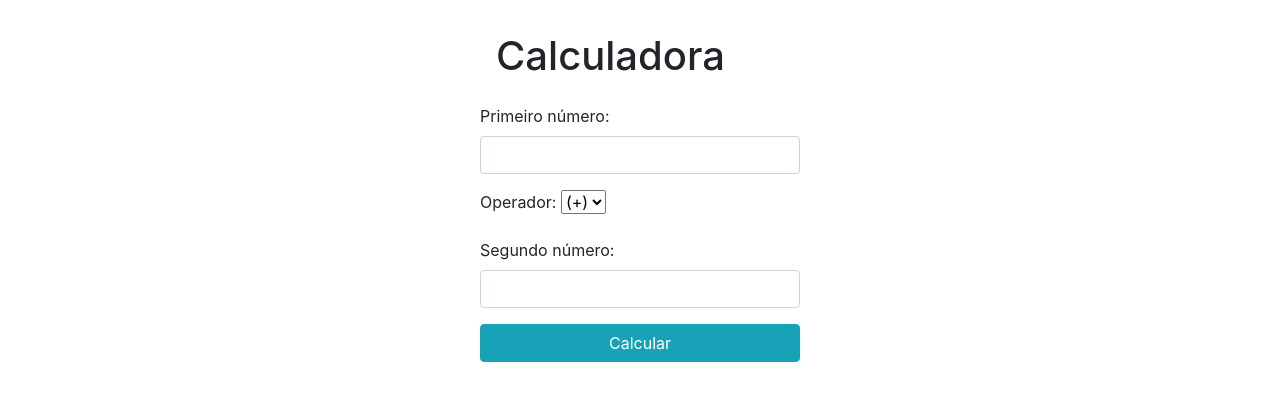
Repository: babirms/DAC
Page: Calculadora/WebContent/home.html
These files come from the project's save history. The page is drawn as it stood at one moment and after the next save; the edit follows.
The browser window is 1280 px wide. The pictures show the whole page.

Above is the page before, as saved 2020-09-20 23:20:13.
Console error (its wording comes from the project's code and is left out).

After the next save:
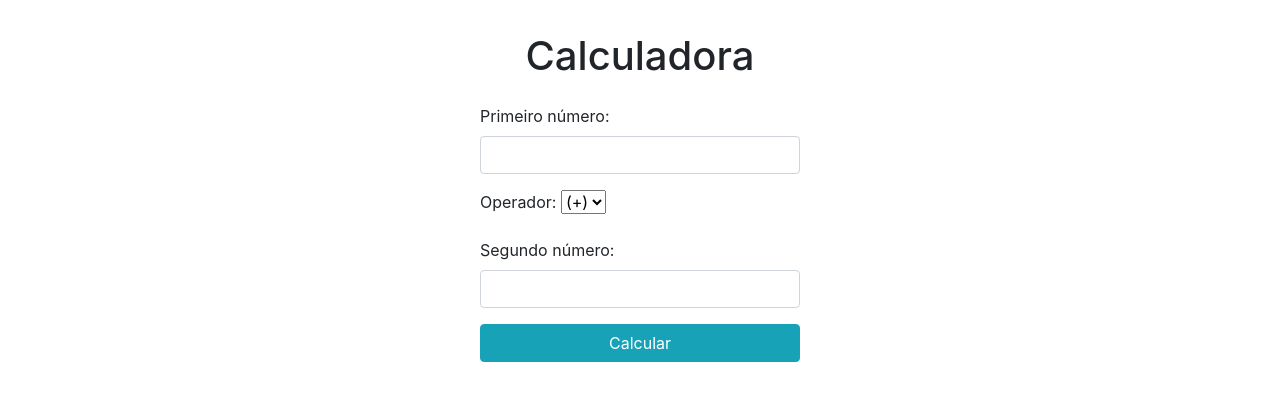
Saved 5 s later.
--- a/Calculadora/WebContent/home.html
+++ b/Calculadora/WebContent/home.html
@@ -10,7 +10,7 @@
 <body>
 	<div class="d-flex flex-column align-items-center col-xs-8">
 	<div class="container p-3" style="width:352px;">
-		<h1 class="p-3">Calculadora</h1>
+		<h1 class="p-3 text-center">Calculadora</h1>
 		<form action="CalculadoraServlet" method="get">
 			<div class="form-group">
 				<label for="primeiroNum">Primeiro número: </label> <input
